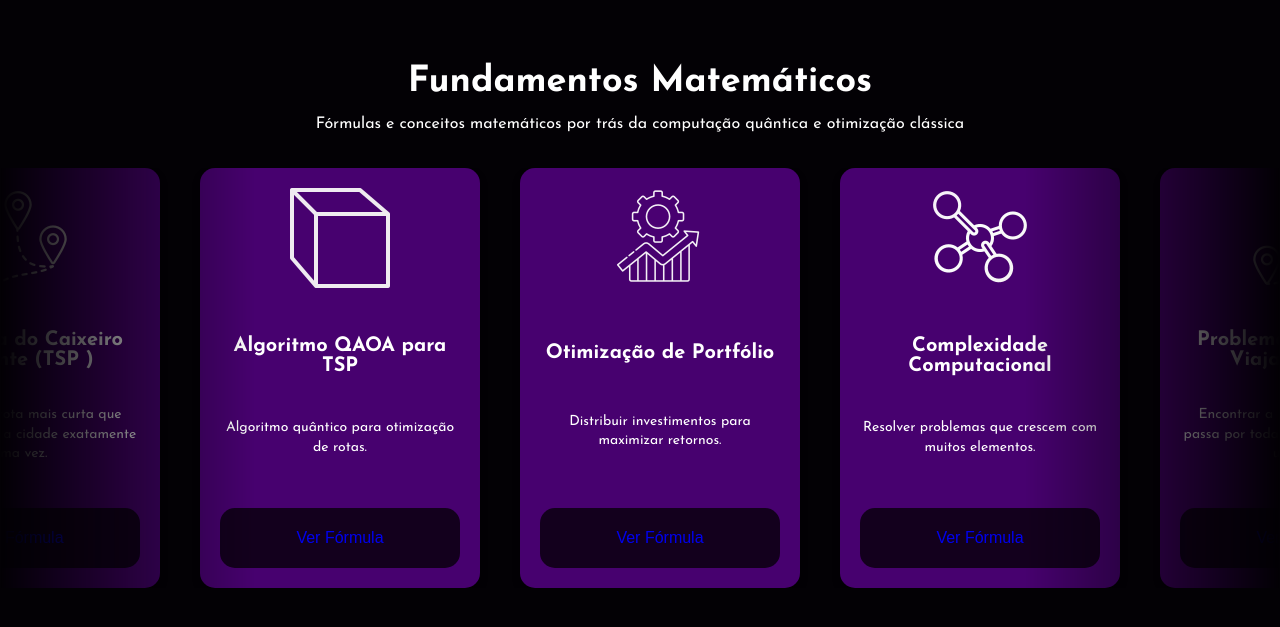
Repository: Everson9/Projeto-de-escalabilidade-quantica-definitivo
Page: fundamentos.html
The author's editor kept a copy of each file at every save. The page is drawn from the files as they stood at one save, then again after a run of saves.
The browser window is 1280 px wide. The pictures show the whole page.

Above is the page before, as saved 2025-10-01 11:52:20.

### fundamentos.html
<!DOCTYPE html>
<html lang="pt-br">
<head>
    <meta charset="UTF-8">
    <meta name="viewport" content="width=device-width, initial-scale=1.0">
    <title>Fundamentos Matemáticos</title>
    <link rel="stylesheet" href="fundamentos.css">
    <link href="https://fonts.googleapis.com/css2?family=Josefin+Sans:wght@400;700&display=swap" rel="stylesheet">
</head>
<body>

    <div class="fundamentos-matematicos">
        <h1>Fundamentos Matemáticos</h1>
        <p>Fórmulas e conceitos matemáticos por trás da computação quântica e otimização clássica</p>
    </div>

    <!-- Container do Carrossel -->
    <div class="carousel-container">
        <div class="carousel-track">
            <!-- Cards Originais -->
            <div class="formula_1">
                <img src="imgs_icones/CaixeiroViajante.png" alt="Ícone do Problema do Caixeiro Viajante">
                <h4>Problema do Caixeiro Viajante (TSP )</h4>
                <p>Encontrar a rota mais curta que passa por toda a cidade exatamente uma vez.</p>
                <button class="button"><a href="caixeiro.html">Ver Fórmula</a></button>
            </div>
            <div class="formula_1">
                <img src="imgs_icones/QAOA.png" alt="Ícone do Algoritmo QAOA">
                <h4>Algoritmo QAOA para TSP</h4>
                <p>Algoritmo quântico para otimização de rotas.</p>
                <button class="button"><a href="AlgoritmoQAOA.html">Ver Fórmula</a></button>
            </div>
            <div class="formula_1">
                <img src="imgs_icones/OtimizacaoPortfolio.png" alt="Ícone de Otimização de Portfólio">
                <h4>Otimização de Portfólio</h4>
                <p>Distribuir investimentos para maximizar retornos.</p>
                <button class="button"><a href="Portifolio.html">Ver Fórmula</a></button>
            </div>
            <div class="formula_1">
                <img src="imgs_icones/ComplexidadeComputacional.png" alt="Ícone de Complexidade Computacional">
                <h4>Complexidade Computacional</h4>
                <p>Resolver problemas que crescem com muitos elementos.</p>
                <button class="button"><a href="Complexidade.html">Ver Fórmula</a></button>
            </div>

            <!-- Cards Duplicados para o Efeito Infinito -->
            <div class="formula_1">
                <img src="imgs_icones/CaixeiroViajante.png" alt="Ícone do Problema do Caixeiro Viajante">
                <h4>Problema do Caixeiro Viajante (TSP)</h4>
                <p>Encontrar a rota mais curta que passa por toda a cidade exatamente uma vez.</p>
                <button class="button"><a href="caixeiroviajante.html">Ver Fórmula</a></button>
            </div>
            <div class="formula_1">
                <img src="imgs_icones/QAOA.png" alt="Ícone do Algoritmo QAOA">
                <h4>Algoritmo QAOA para TSP</h4>
                <p>Algoritmo quântico para otimização de rotas.</p>
                <button class="button"><a href="AlgoritmoQAOA.html">Ver Fórmula</a></button>
            </div>
            <div class="formula_1">
                <img src="imgs_icones/OtimizacaoPortfolio.png" alt="Ícone de Otimização de Portfólio">
                <h4>Otimização de Portfólio</h4>
                <p>Distribuir investimentos para maximizar retornos.</p>
                <button class="button"><a href="Portifolio.html">Ver Fórmula</a></button>
            </div>
            <div class="formula_1">
                <img src="imgs_icones/ComplexidadeComputacional.png" alt="Ícone de Complexidade Computacional">
                <h4>Complexidade Computacional</h4>
                <p>Resolver problemas que crescem com muitos elementos.</p>
                <button class="button"><a href="Complexidade.html">Ver Fórmula</a></button>
            </div>
        </div>
    </div>

</body>
</html>

### fundamentos.css
body {
    background-color: #030105;
    font-family: 'Josefin Sans', sans-serif;
    color: #fff;
    margin: 0;
    padding: 0;
    display: flex;
    flex-direction: column;
    align-items: center;
    justify-content: flex-start;
    overflow-x: hidden; /* Esconde a barra de rolagem horizontal */
}

.fundamentos-matematicos {
    text-align: center;
    color: white;
    margin-top: 40px;
    margin-bottom: 20px;
}

h1 {
    font-size: 36px;
    margin-bottom: 10px;
}

/* Estilos dos Cards */
.formula_1 {
    width: 240px;
    height: 380px;
    background-color: #7703BA96;
    border-radius: 15px;
    padding: 20px;
    display: flex;
    flex-direction: column;
    justify-content: space-between;
    box-shadow: 0 4px 8px rgba(0, 0, 0, 0.2);
    margin: 0 20px; /* Espaçamento entre os cards */
    flex-shrink: 0; /* Impede que os cards encolham */
}

.formula_1 h4 {
    font-size: 20px;
    margin-bottom: 10px;
    text-align: center;
}

.formula_1 img {
    width: 100px;
    height: 100px;
    margin: 0 auto;
}

.formula_1 p {
    text-align: center;
    font-size: 14px;
    line-height: 1.4;
    margin-top: 10px;
}

.button {
    background-color: #030105C2;
    border: none;
    padding: 10px;
    color: white;
    font-size: 16px;
    text-align: center;
    height: 60px;
    border-radius: 15px;
    cursor: pointer;
    text-decoration: none;
    margin-top: 15px;
    transition: background-color 0.3s;
    text-decoration: none;
}

.button:hover {
    background-color: #ffffffc2;
    color: #030105;
    text-decoration: none;
}

.button a {
    text-decoration: none;
    color: ; /* Para garantir que a cor do link herde a cor do botão */
}

/* --- Novas Classes para o Carrossel --- */

.carousel-container {
    width: 100%;
    display: flex;
    justify-content: flex-start; /* Alinha a trilha no início */
    overflow: hidden; /* Essencial para esconder o que está fora da tela */
    -webkit-mask-image: linear-gradient(to right, transparent, black 20%, black 80%, transparent);
    mask-image: linear-gradient(to right, transparent, black 20%, black 80%, transparent);
}

.carousel-track {
    display: flex; /* Coloca os cards em linha */
    animation: scroll 40s linear infinite; /* Aplica a animação */
}

.carousel-container:hover .carousel-track {
    animation-play-state: paused; /* Pausa a animação ao passar o mouse */
}

/* Animação de Rolagem */
@keyframes scroll {
    0% {
        transform: translateX(0);
    }
    100% {
        /* Move a trilha para a esquerda pelo tamanho exato da primeira metade dos cards */
        /* (240px de largura + 40px de margem) * 4 cards = 1120px */
        transform: translateX(calc(-280px * 4));
    }
}

After the next 2 saves:
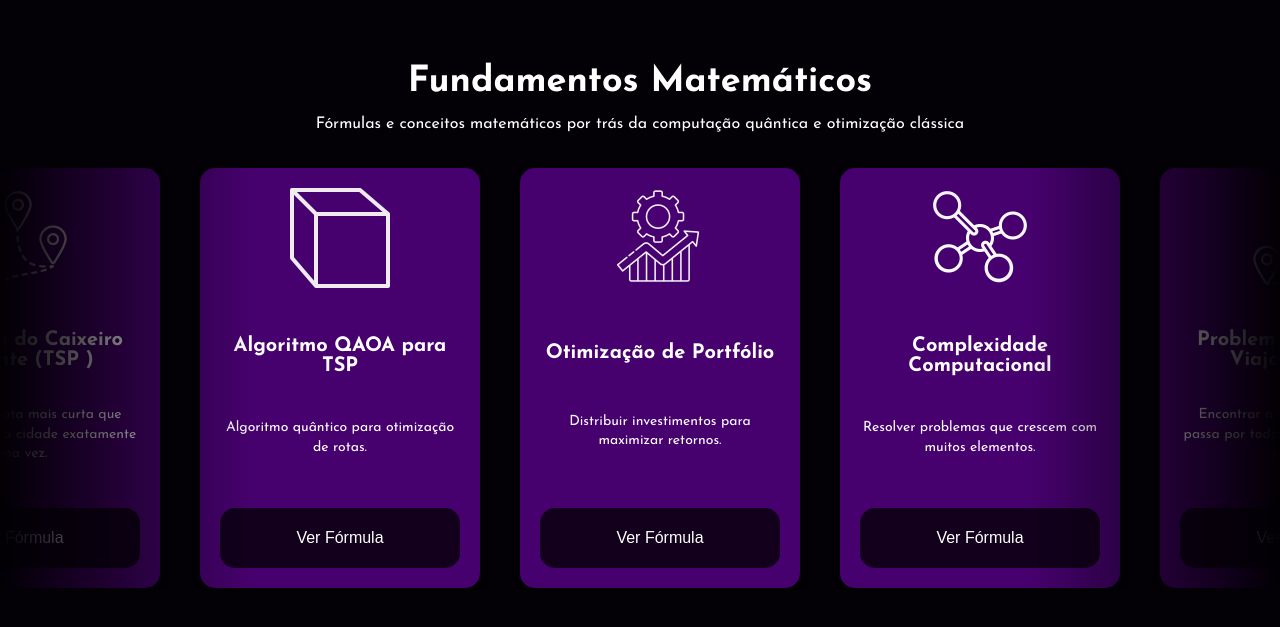
The 2 saves are shown as one change because they came seconds apart.
The last was saved 17 s later.
--- a/fundamentos.css
+++ b/fundamentos.css
@@ -81,7 +81,7 @@
 
 .button a {
     text-decoration: none;
-    color: ; /* Para garantir que a cor do link herde a cor do botão */
+    color: #ffff; /* Para garantir que a cor do link herde a cor do botão */
 }
 
 /* --- Novas Classes para o Carrossel --- */
